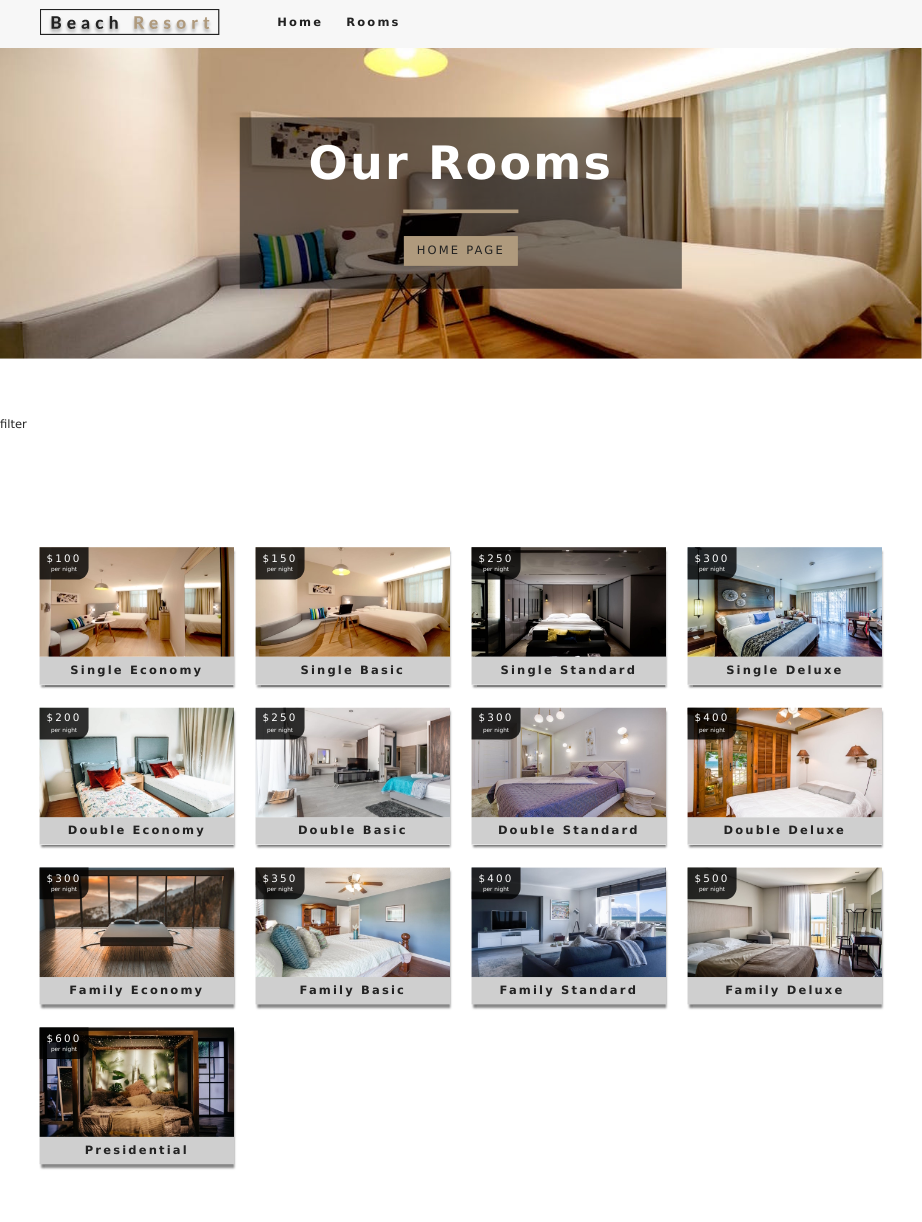
Repository: sanchit01garg/react-beachResort
Page: /rooms
These files come from the project's save history. The page is drawn as it stood at one moment and after the next save; the edit follows.
The browser window is 1280 px wide. The pictures show the whole page, at 72% of full size.
The project was rebuilt for these pictures with package versions that can differ from the ones it lists, and the page was loaded fresh each time. Also part of the build but not shown: src/components/Services.js, src/components/FeaturedRooms.js, src/pages/Home.js, src/pages/Error.js, src/components/StyledHero.js, src/pages/SingleRoom.js.

Above is the page before, as saved 2021-01-08 16:55:36.

### src/index.js
import React from "react";
import ReactDOM from "react-dom";
// import './index.css';
import { BrowserRouter as Router } from "react-router-dom";
import App from "./App";
import reportWebVitals from "./reportWebVitals";
import { RoomProvider } from "./Context";

ReactDOM.render(
  <RoomProvider>
    <Router>
      <App />
    </Router>
  </RoomProvider>,
  document.getElementById("root")
);

// If you want to start measuring performance in your app, pass a function
// to log results (for example: reportWebVitals(console.log))
// or send to an analytics endpoint. Learn more: https://bit.ly/CRA-vitals
reportWebVitals();

### src/App.js
import React from "react";
import "./App.css";
import { Route, Switch } from "react-router-dom";
import Home from "./pages/Home";
import Error from "./pages/Error";
import Rooms from "./pages/Rooms";
import SingleRoom from "./pages/SingleRoom";

import Navbar from "./components/Navbar";

function App() {
  return (
    <>
      <Navbar />
      <Switch>
        <Route exact path="/" component={Home} />
        <Route exact path="/rooms/" component={Rooms} />
        <Route exact path="/rooms/:slug" component={SingleRoom} />
        <Route component={Error} />
      </Switch>
    </>
  );
}

export default App;

### src/Context.js
import React, { Component } from "react";
import items from "./data";

const RoomContext = React.createContext();

class RoomProvider extends Component {
  state = {
    rooms: [],
    sortedRooms: [],
    featuredRooms: [],
    loading: true,
    type: "all",
    capacity: 1,
    price: 0,
    minPrice: 0,
    maxPrice: 0,
    minSize: 0,
    maxSize: 0,
    breakfast: false,
    pets: false,
  };

  componentDidMount() {
    let rooms = this.formatData(items);
    let featuredRooms = rooms.filter((room) => room.featured === true);
    let maxPrice = Math.max(...rooms.map((item) => item.price));
    let maxSize = Math.max(...rooms.map((item) => item.size));
    this.setState({
      rooms,
      featuredRooms,
      sortedRooms: rooms,
      loading: false,
      price: maxPrice,
      maxPrice,
      maxSize,
    });
  }

  formatData(items) {
    let tempItems = items.map((item) => {
      let id = item.sys.id;
      let images = item.fields.images.map((image) => image.fields.file.url);

      let room = { ...item.fields, images, id };
      return room;
    });
    return tempItems;
  }

  getRoom = (slug) => {
    let tempRooms = [...this.state.rooms];
    const room = tempRooms.find((room) => room.slug === slug);
    return room;
  };

  handleChange = (event) => {
    const type = event.target.type;
    const name = event.target.name;
    const value = event.target.value;
    console.log(type, name, value);
  };

  filterRooms = () => {};

  render() {
    return (
      <RoomContext.Provider
        value={{
          ...this.state,
          getRoom: this.getRoom,
          handleChange: this.handleChange,
        }}
      >
        {this.props.children}
      </RoomContext.Provider>
    );
  }
}

const RoomConsumer = RoomContext.Consumer;

export function withRoomConsumer(Component) {
  return function ConsumerWrapper(props) {
    return (
      <RoomConsumer>
        {(value) => <Component {...props} context={value} />}
      </RoomConsumer>
    );
  };
}

export { RoomProvider, RoomConsumer, RoomContext };

### src/App.css
* {
  margin: 0;
  padding: 0;
  box-sizing: border-box;
}
:root {
  --primaryColor: #af9a7d;
  --mainWhite: #fff;
  --offWhite: #f7f7f7;
  --mainBlack: #222;
  --mainGrey: #ececec;
  --darkGrey: #cfcfcf;
  --mainTransition: all 0.3s linear;
  --mainSpacing: 3px;
  --lightShadow: 2px 5px 3px 0px rgba(0, 0, 0, 0.5);
  --darkShadow: 4px 10px 5px 0px rgba(0, 0, 0, 0.5);
}
/* globals */
body {
  padding-top: 66px;
  color: var(--mainBlack);
  background: var(--mainWhite);
  font-family: Verdana, Geneva, Tahoma, sans-serif;
  line-height: 1.4;
}
h1 {
  font-size: 3em;
  line-height: 1;
  margin-bottom: 0.5em;
}
h2 {
  font-size: 2em;
  margin-bottom: 0.75em;
}
h3 {
  font-size: 1.5em;
  line-height: 1;
  margin-bottom: 1em;
}
h4 {
  font-size: 1.2em;
  line-height: 1.25;
  margin-bottom: 1.25em;
}
h5 {
  font-size: 1em;
  font-weight: bold;
  margin-bottom: 1.5em;
}
h6 {
  font-size: 1em;
  font-weight: bold;
  margin-bottom: 1.5em;
}

.btn-primary {
  display: inline-block;
  text-decoration: none;
  letter-spacing: var(--mainSpacing);
  color: var(--mainBlack);
  background: var(--primaryColor);
  padding: 0.4rem 0.9rem;
  border: 3px solid var(--primaryColor);
  transition: var(--mainTransition);
  text-transform: uppercase;
  cursor: pointer;
}
.btn-primary:hover {
  background: transparent;
  color: var(--primaryColor);
}
.loading {
  text-transform: capitalize;
  text-align: center;
  margin-top: 3rem;
}
.error {
  text-align: center;
  text-transform: uppercase;
  margin: 2rem 0;
}
.empty-search {
  text-align: center;
  text-transform: capitalize;
  margin: 2rem 0;
  padding: 1rem;
  letter-spacing: var(--mainSpacing);
}
/* end of globals */
/* Navbar */
.navbar {
  position: fixed;
  top: 0;
  left: 0;
  width: 100%;
  padding: 0.75rem 2rem;
  background: var(--offWhite);
  z-index: 1;
}
.nav-header {
  display: flex;
  justify-content: space-between;
}
.nav-btn {
  background: transparent;
  border: none;
  cursor: pointer;
  outline: none;
}
.nav-icon {
  font-size: 1.5rem;
  color: var(--primaryColor);
}
.nav-links {
  height: 0;
  overflow: hidden;
  transition: var(--mainTransition);
  list-style-type: none;
}
.nav-links a {
  display: block;
  text-decoration: none;
  padding: 1rem 0;
  color: var(--mainBlack);
  transition: var(--mainTransition);
  text-align: center;
  font-size: 1rem;
  font-weight: 600;
  letter-spacing: var(--mainSpacing);
}
.nav-links a:hover {
  color: var(--primaryColor);
}

.show-nav {
  height: 100px;
}
@media screen and (min-width: 768px) {
  .nav-btn {
    display: none;
  }
  .nav-center {
    max-width: 1170px;
    margin: 0 auto;
    display: flex;
  }
  .nav-links {
    height: auto;
    display: flex;
    margin-left: 4rem;
  }
  .nav-links a {
    margin: 0 1rem;
    padding: 0.5rem 0;
  }
}
/* end of navbar */
/* Hero */
.defaultHero,
.roomsHero {
  min-height: calc(100vh - 66px);
  background: url("./images/defaultBcg.jpeg") center/cover no-repeat;
  display: flex;
  align-items: center;
  justify-content: center;
}
.roomsHero {
  background-image: url("./images/room-2.jpeg");
  min-height: 60vh;
}
/* End of Hero */
/* Banner */
.banner {
  display: inline-block;
  background: rgba(0, 0, 0, 0.5);
  color: var(--mainWhite);
  padding: 2rem 1rem;
  text-align: center;
  text-transform: capitalize;
  letter-spacing: var(--mainSpacing);
}
.banner h1 {
  font-size: 2.5rem;
}
.banner div {
  width: 10rem;
  height: 5px;
  background: var(--primaryColor);
  margin: 1.7rem auto;
}
.banner p {
  font-size: 1.2rem;
  margin-bottom: 2rem;
}
@media screen and (min-width: 576px) {
  .banner {
    padding: 2rem 3rem;
  }
  .banner h1 {
    font-size: 3rem;
  }
}
@media screen and (min-width: 992px) {
  .banner {
    padding: 2rem 6rem;
  }
  .banner h1 {
    font-size: 4rem;
  }
}
/* End of Banner */
/* Title */
.section-title {
  text-align: center;
  margin-bottom: 4rem;
}
.section-title h4 {
  font-size: 2rem;
  letter-spacing: var(--mainSpacing);
  text-transform: capitalize;
  margin-bottom: 1rem;
}
.section-title div {
  width: 5rem;
  height: 5px;
  margin: 0 auto;
  background: var(--primaryColor);
}
/* end of Title */

/* services */
.services {
  padding: 5rem 0;
}
.services {
  background: var(--darkGrey);
  text-align: center;
}
.services-center {
  width: 90vw;
  margin: 0 auto;
  display: grid;
  grid-template-columns: repeat(auto-fit, minmax(255px, 1fr));
  grid-row-gap: 2rem;
  grid-column-gap: 50px;
}
.service span {
  display: inline-block;
  color: var(--primaryColor);
  font-size: 2.5rem;
  margin-bottom: 1.5rem;
}
.services h6 {
  letter-spacing: var(--mainSpacing);
}
.services p {
  width: 80%;
  margin: 0 auto;
}
@media screen and (min-width: 992px) {
  .services-center {
    width: 95vw;
    max-width: 1170px;
  }
}

@media screen and (min-width: 1200px) {
  .services p {
    width: 100%;
  }
}
/*end of services */
/* featured rooms */

.featured-rooms {
  padding: 5rem 0;
}
.featured-rooms-center {
  width: 80vw;
  margin: 0 auto;
  display: grid;
  grid-template-columns: repeat(auto-fit, minmax(270px, 1fr));
  grid-row-gap: 2rem;
  grid-column-gap: 40px;
}
@media screen and (min-width: 776px) {
  .featured-rooms-center {
    width: 90vw;
    grid-template-columns: repeat(auto-fit, minmax(330px, 1fr));
  }
}
@media screen and (min-width: 992px) {
  .featured-rooms-center {
    width: 95vw;
    max-width: 1170px;
  }
}
/* end pf featured rooms */
/* room */
.room {
  box-shadow: var(--lightShadow);
  transition: var(--mainTransition);
}
.room:hover {
  box-shadow: var(--darkShadow);
}

.img-container {
  position: relative;
}
.img-container img {
  width: 100%;
  display: block;
  transition: var(--mainTransition);
}
.price-top {
  position: absolute;
  top: 0;
  left: 0;
  background: rgba(0, 0, 0, 0.8);
  color: var(--mainWhite);
  padding: 0.3rem 0.6rem 0.5rem;
  border-bottom-right-radius: 1rem;
  font-size: 0.5rem;
  text-align: center;
  transition: var(--mainTransition);
}
.price-top h6 {
  margin-bottom: 0;
  font-size: 0.9rem;
  font-weight: 300;
  letter-spacing: var(--mainSpacing);
}
.room-link {
  position: absolute;
  top: 50%;
  left: 50%;
  transform: scale(0);
  transition: all 0.3s linear;
}
.img-container:hover {
  background: rgba(0, 0, 0, 0.8);
}
.img-container:hover img {
  opacity: 0.3;
}
.img-container:hover .price-top {
  opacity: 0;
}
.img-container:hover .room-link {
  transform: translate(-50%, -50%) scale(1);
}
.room-info {
  background: var(--darkGrey);
  text-transform: capitalize;
  padding: 0.5rem 0;
  text-align: center;
  font-weight: 700;
  letter-spacing: var(--mainSpacing);
}
/* end of room  */
/* single room*/

.single-room {
  padding: 5rem 0 0 0;
}
.single-room-images {
  width: 80vw;
  margin: 0 auto;
  display: grid;
  grid-template-columns: repeat(auto-fit, minmax(350px, 1fr));
  grid-row-gap: 2rem;
  grid-column-gap: 70px;
}
.single-room-images img {
  width: 100%;
  display: block;
}
.single-room-info {
  width: 80vw;
  display: grid;
  grid-template-columns: 1fr;
  margin: 2rem auto;
}
.desc,
.info {
  margin: 1rem 0;
}
.desc h3 {
  text-transform: capitalize;
  letter-spacing: var(--mainSpacing);
}
.desc p {
  line-height: 1.5;
}
.info h3,
.info h6 {
  text-transform: capitalize;
  letter-spacing: var(--mainSpacing);
}

.info h6 {
  font-weight: 300;
}
.room-extras {
  width: 80vw;
  margin: 0 auto 3rem auto;
}
.room-extras h6 {
  text-transform: capitalize;
  letter-spacing: var(--mainSpacing);
}
.extras {
  list-style-type: none;
  display: grid;
  grid-template-columns: repeat(auto-fit, minmax(330px, 1fr));
  grid-column-gap: 2rem;
  grid-row-gap: 1rem;
}
@media screen and (min-width: 992px) {
  .single-room-images,
  .single-room-info,
  .room-extras {
    width: 95vw;
    max-width: 1170px;
  }
  .single-room-info {
    display: grid;
    grid-template-columns: 1fr 1fr;
    grid-column-gap: 2rem;
  }
  .info {
    padding-left: 3rem;
  }
}
/* end of single room*/
/* roomlist */
.roomslist {
  padding: 5rem 0;
}
.roomslist-center {
  width: 80vw;
  margin: 0 auto;
  display: grid;
  grid-template-columns: repeat(auto-fill, minmax(270px, 1fr));
  grid-row-gap: 2rem;
  grid-column-gap: 30px;
}

@media screen and (min-width: 776px) {
  .roomslist-center {
    width: 90vw;
  }
}
@media screen and (min-width: 992px) {
  .roomslist-center {
    width: 95vw;
    max-width: 1170px;
  }
}
/* end of roomlist */
/*  rooms fitler*/
.filter-container {
  padding: 5rem 0;
}
.filter-form {
  width: 60vw;
  margin: 0 auto;
  display: grid;
  grid-template-columns: repeat(auto-fit, minmax(202px, 1fr));
  grid-row-gap: 2rem;
  grid-column-gap: 40px;
}
.form-group {
  text-transform: capitalize;
}
.form-group label {
  display: block;
  letter-spacing: var(--mainSpacing);
  margin-bottom: 0.5rem;
}
.form-control {
  width: 100%;
  background: transparent;
  font-size: 1rem;
}
.size-inputs {
  display: flex;
}
.size-input {
  width: 40%;
  padding: 0.2rem;
  border: 1px solid var(--mainBlack);
  border-radius: 0.3rem;
  margin-right: 0.3rem;
}
.single-extra label {
  display: inline-block;
  font-size: 0.8rem;
  margin-left: 0.5rem;
}
@media screen and (min-width: 776px) {
  .filter-form {
    width: 70vw;
  }
}
@media screen and (min-width: 992px) {
  .filter-form {
    width: 95vw;
    max-width: 1170px;
  }
}

### src/pages/Rooms.js
import React from "react";
import { Link } from "react-router-dom";
import Hero from "../components/Hero";
import Banner from "../components/Banner";
import RoomsContainer from "../components/RoomsContainer";

export default function Rooms() {
  return (
    <>
      <Hero hero="roomsHero">
        <Banner title="Our Rooms">
          <Link to="/" className="btn-primary">
            Home Page
          </Link>
        </Banner>
      </Hero>
      <RoomsContainer />
    </>
  );
}

### src/components/Navbar.js
import React, { Component } from "react";
import logo from "../images/logo.svg";
import { FaAlignRight } from "react-icons/fa";
import { Link } from "react-router-dom";

export default class Navbar extends Component {
  state = {
    isOpen: false,
  };
  handleToggle = () => {
    this.setState({ isOpen: !this.state.isOpen });
  };
  render() {
    return (
      <nav className="navbar">
        <div className="nav-center">
          <div className="nav-header">
            <Link to="/">
              <img src={logo} alt="Beach Resort" />
            </Link>
            <button
              type="button"
              className="nav-btn"
              onClick={this.handleToggle}
            >
              <FaAlignRight className="nav-icon" />
            </button>
          </div>
          <ul
            className={this.state.isOpen ? "nav-links show-nav" : "nav-links"}
          >
            <li>
              <Link to="/">Home</Link>
            </li>
            <li>
              <Link to="/rooms">Rooms</Link>
            </li>
          </ul>
        </div>
      </nav>
    );
  }
}

### src/components/RoomsContainer.js
import React from "react";
import RoomsFilter from "./RoomsFilter";
import RoomsList from "./RoomsList";
import { withRoomConsumer } from "../Context";
import Loading from "./Loading";

function RoomsContainer({ context }) {
  const { loading, sortedRooms, rooms } = context;
  if (loading) {
    return <Loading />;
  }
  return (
    <>
      <RoomsFilter rooms={rooms} />
      <RoomsList rooms={sortedRooms} />
    </>
  );
}

export default withRoomConsumer(RoomsContainer);

// export default function RoomsContainer() {
//   return (
//     <RoomConsumer>
//       {(value) => {
//         const { loading, sortedRooms, rooms } = value;
//         if (loading) {
//           return <Loading />;
//         }

//         return (
//           <div>
//             Hello
//             <RoomsFilter rooms={rooms} />
//             <RoomsList rooms={sortedRooms} />
//           </div>
//         );
//       }}
//     </RoomConsumer>
//   );
// }

### src/components/Loading.js
import React from "react";
import loadingGif from "../images/gif/loading-arrow.gif";

export default function Loading() {
  return (
    <div className="loading">
      <h4>rooms data loading....</h4>
      <img src={loadingGif} alt="" />
    </div>
  );
}

### src/components/Room.js
import React from "react";
import { Link } from "react-router-dom";
import PropTypes from "prop-types";
import defaultImg from "../images/room-1.jpeg";

export default function Room({ room }) {
  const { name, slug, images, price } = room;

  return (
    <article className="room">
      <div className="img-container">
        <img src={images[0] || defaultImg} alt="single room" />
        <div className="price-top">
          <h6>${price}</h6>
          <p>per night</p>
        </div>
        <Link to={`/rooms/${slug}`} className="btn-primary room-link">
          Features
        </Link>
      </div>
      <p className="room-info">{name}</p>
    </article>
  );
}

Room.propTypes = {
  room: PropTypes.shape({
    name: PropTypes.string.isRequired,
    slug: PropTypes.string.isRequired,
    images: PropTypes.arrayOf(PropTypes.string).isRequired,
    price: PropTypes.number.isRequired,
  }),
};

### src/components/RoomsFilter.js
import React from "react";
import { useContext } from "react";
import { RoomContext } from "../Context";
import Title from "./Title";

export default function RoomsFilter() {
  const context = useContext(RoomContext);
  const {
    handleChange,
    type,
    capacity,
    price,
    minPrice,
    maxPrice,
    minSize,
    maxSize,
    breakfast,
    pets,
  } = context;

  return <section className="filter-container">filter</section>;
}

### src/components/RoomsList.js
import React from "react";
import Room from "./Room";

export default function RoomsList({ rooms }) {
  if (rooms.length === 0) {
    return (
      <div className="empty-search">
        <h3>unfortunately no rooms matched your search parameters</h3>
      </div>
    );
  }
  return (
    <section className="roomslist">
      <div className="roomslist-center">
        {rooms.map((item) => {
          return <Room key={item.id} room={item} />;
        })}
      </div>
    </section>
  );
}

Loaded but not shown: public/index.html (common file); src/reportWebVitals.js (common file); src/components/Hero.js (common file); src/components/Banner.js (common file); src/components/Title.js (common file); src/data.js (760 lines, source omitted)

After the next save:
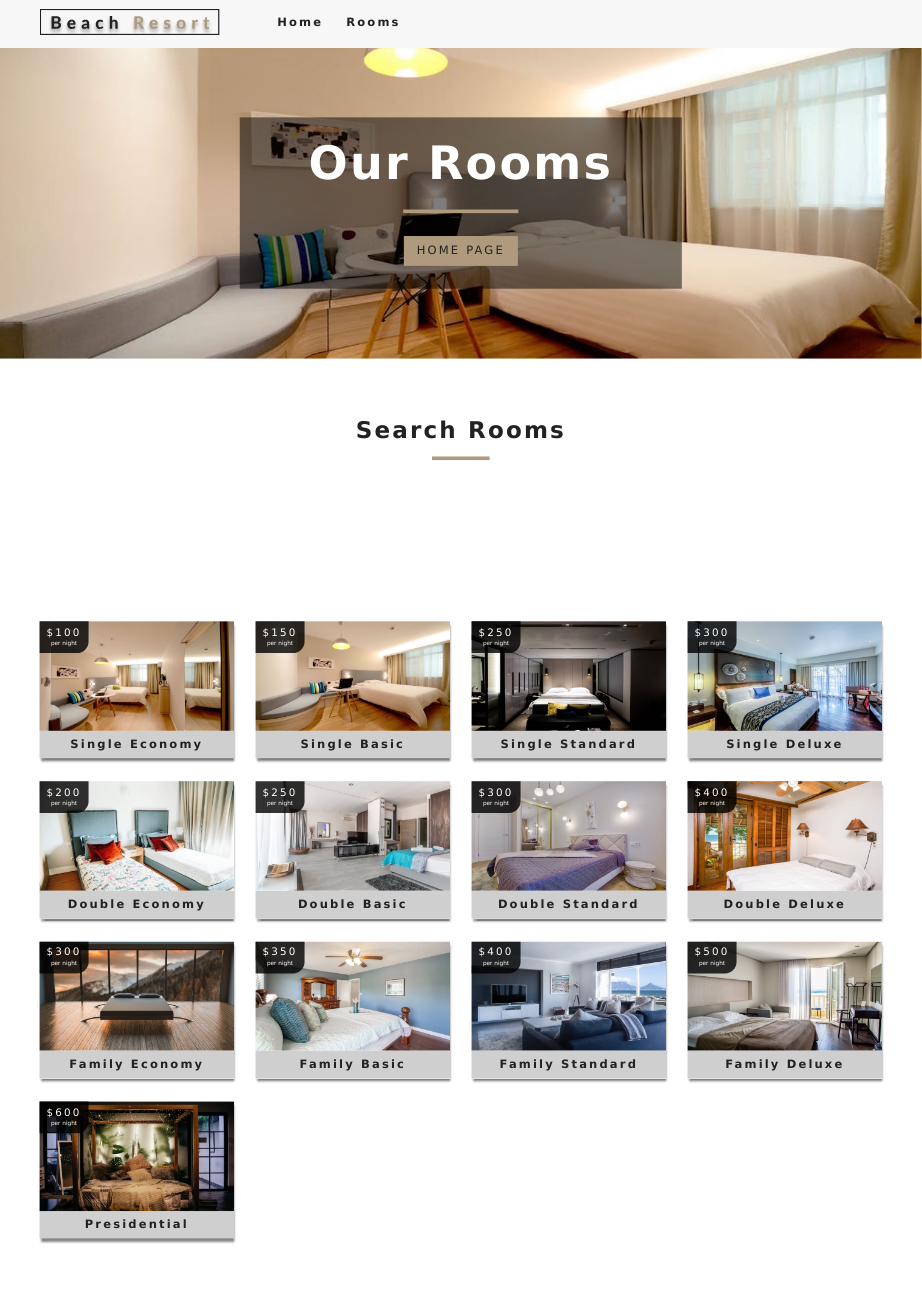
Saved 2 min 11 s later.
--- a/src/components/RoomsFilter.js
+++ b/src/components/RoomsFilter.js
@@ -18,5 +18,9 @@ export default function RoomsFilter() {
     pets,
   } = context;
 
-  return <section className="filter-container">filter</section>;
+  return (
+    <section className="filter-container">
+      <Title title="search rooms" />
+    </section>
+  );
 }
